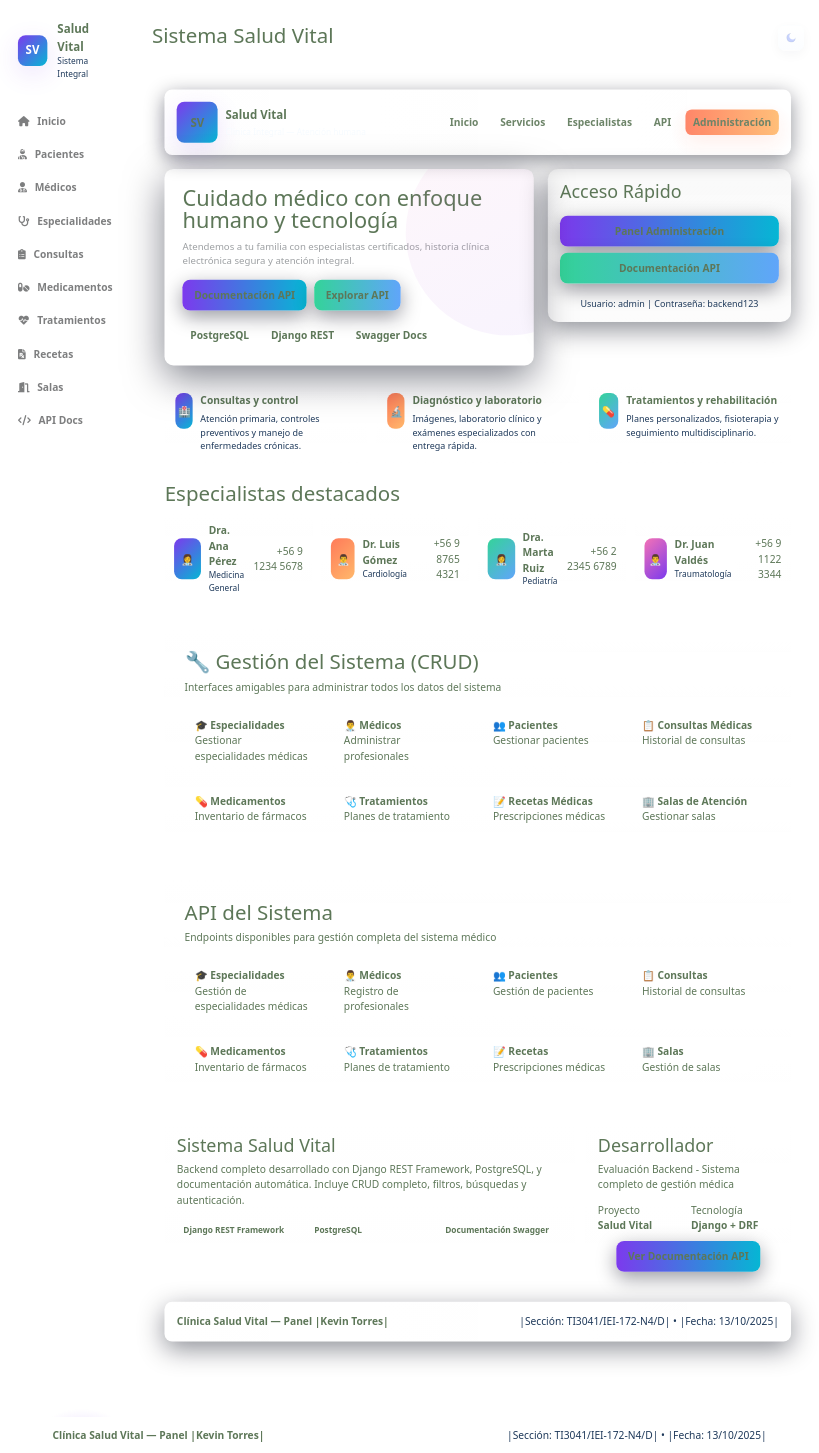
Repository: KeviNozh/eva2_clinica
Page: templates/index.html
These files come from the project's save history. The page is drawn as it stood at one moment and after a run of saves; the edit follows.
The browser window is 1280 px wide. The pictures show the whole page, at 64% of full size.
The template is drawn by Django 5.2. The application's start-up code is not run. Other server files are loaded and not shown. The template is opened directly, without the code that normally fills it, so the values that code supplies are empty.

Above is the page before, as saved 2025-10-16 00:20:05.

### templates/index.html
{% extends 'base.html' %}

{% block title %}Inicio - Salud Vital{% endblock %}

{% block content %}
<!DOCTYPE html>
<html lang="es">
<head>
  <meta charset="utf-8" />
  <meta name="viewport" content="width=device-width,initial-scale=1" />
  <style>
  /* Paleta viva y variables */
  :root{
    --bg:#ffffff;      /* fondo oscuro general */
    --soft-bg:#f6fbff;          /* paneles claros */
    --glass: rgba(224, 255, 246, 0.06);
    --muted:#1e395a;
    --white: #5d7758ff;

    --c1-start:#7c3aed; --c1-end:#06b6d4;   /* morado -> cian */
    --c2-start:#ff7a59; --c2-end:#ffb86b;   /* naranja -> amarillo */
    --c3-start:#34d399; --c3-end:#60a5fa;   /* verde -> azul */
    --c4-start:#f472b6; --c4-end:#7c3aed;   /* rosa -> morado */

    --radius:14px;
    --shadow-lg: 0 18px 60px rgba(2,6,23,0.5);
    --max-width:1200px;
    font-family: Inter, system-ui, -apple-system, "Segoe UI", Roboto, "Helvetica Neue", Arial, sans-serif;
    color-scheme: dark;
  }

  /* Reset y layout */
  *{box-sizing:border-box}
  html,body{height:100%;margin:0;background:
    radial-gradient(600px 300px at 10% 10%, rgba(124,58,237,0.12), transparent 10%),
    radial-gradient(500px 240px at 90% 70%, rgba(6,182,212,0.08), transparent 8%),
    var(--bg);
    -webkit-font-smoothing:antialiased;color:var(--white);
  }
  a{color:inherit;text-decoration:none}
  .wrap{max-width:var(--max-width);margin:30px auto;padding:20px}

  /* Header */
  header.site{
    display:flex;align-items:center;gap:16px;padding:18px;border-radius:12px;
    background: linear-gradient(90deg, rgba(255,255,255,0.03), rgba(255,255,255,0.02));
    border: 1px solid rgba(255,255,255,0.04);
    box-shadow: 0 8px 30px rgba(2,6,23,0.45);
  }
  .brand{display:flex;gap:12px;align-items:center}
  .logo{
    width:64px;height:64px;border-radius:12px;background:linear-gradient(135deg,var(--c1-start),var(--c1-end));
    display:grid;place-items:center;font-weight:900;font-size:18px;color:var(--white);box-shadow:0 12px 40px rgba(124,58,237,0.14)
  }
  .brand .title{font-weight:800;font-size:18px}
  .brand .subtitle{font-size:13px;color:#f6fbff;margin-top:4px}

  nav.main{margin-left:auto;display:flex;gap:10px;align-items:center}
  .nav-link{padding:8px 12px;border-radius:10px;color:var(--white);opacity:0.9;font-weight:700}
  .nav-link.ghost{background:transparent;border:1px solid rgba(186, 179, 179, 0.04);opacity:0.8}
  .nav-link.cta{background:linear-gradient(90deg,var(--c2-start),var(--c2-end));box-shadow:0 12px 30px rgba(255,122,89,0.14)}

  /* Hero */
  .hero{display:grid;grid-template-columns:1fr 380px;gap:22px;margin-top:22px;align-items:start}
  @media (max-width:980px){ .hero{grid-template-columns:1fr} }
  .hero-card{
    background: linear-gradient(180deg, rgba(255,255,255,0.04), rgba(255,255,255,0.02));
    border-radius:var(--radius);padding:28px;box-shadow:var(--shadow-lg);
    position:relative;overflow:hidden;
  }
  /* decorative shapes */
  .hero-card::before{
    content:"";position:absolute;right:-120px;top:-60px;width:320px;height:320px;border-radius:160px;
    background:linear-gradient(135deg,var(--c4-start),var(--c4-end));opacity:0.06;transform:rotate(20deg);
  }
  .hero h1{margin:0;font-size:34px;line-height:1.02}
  .hero p{margin:12px 0;color:#9da0a3;font-size:15px}
  .cta-group{display:flex;gap:12px;margin-top:18px;flex-wrap:wrap}
  .btn{
    padding:12px 18px;border-radius:12px;border:0;font-weight:800;cursor:pointer;
    color:var(--white);box-shadow:0 10px 30px rgba(2,6,23,0.4)
  }
  .btn.primary{background:linear-gradient(90deg,var(--c1-start),var(--c1-end))}
  .btn.alt{background:linear-gradient(90deg,var(--c3-start),var(--c3-end))}

  /* Appointment card (right) */
  .appointment{
    background: linear-gradient(180deg, rgba(90, 90, 90, 0.03), rgba(87, 86, 86, 0.02));
    padding:18px;border-radius:16px;border:1px solid rgba(255,255,255,0.04);box-shadow:0 12px 40px rgba(2,6,23,0.45)
  }
  .appointment h3{margin:0 0 10px 0}
  .appointment label{display:block;font-size:13px;color:var(--muted);margin-bottom:6px}
  .appointment input, .appointment select{width:100%;padding:10px;border-radius:10px;border:1px solid rgba(255,255,255,0.04);background:transparent;color:var(--white);margin-bottom:10px}

  /* Services grid */
  .services{display:grid;grid-template-columns:repeat(3,1fr);gap:14px;margin-top:26px}
  @media (max-width:1100px){ .services{grid-template-columns:repeat(2,1fr)} }
  @media (max-width:700px){ .services{grid-template-columns:1fr} }
  .service{
    background:linear-gradient(180deg, rgba(255,255,255,0.02), rgba(255,255,255,0.01));
    padding:16px;border-radius:12px;border:1px solid rgba(255,255,255,0.03);display:flex;gap:12px;align-items:flex-start;
  }
  .service .icon{width:56px;height:56px;border-radius:12px;display:grid;place-items:center;color:var(--white);font-weight:900}
  .s1{background:linear-gradient(135deg,var(--c1-start),var(--c1-end))}
  .s2{background:linear-gradient(135deg,var(--c2-start),var(--c2-end))}
  .s3{background:linear-gradient(135deg,var(--c3-start),var(--c3-end))}
  .service .title{font-weight:800}
  .service .desc{color:var(--muted);margin-top:6px;font-size:14px}

  /* Specialists */
  .specialists{margin-top:28px}
  .specialists h2{margin:0 0 12px 0}
  .cards{display:grid;grid-template-columns:repeat(4,1fr);gap:14px}
  @media (max-width:1100px){ .cards{grid-template-columns:repeat(2,1fr)} }
  @media (max-width:600px){ .cards{grid-template-columns:1fr} }
  .doctor{
    background:linear-gradient(180deg, rgba(255,255,255,0.02), rgba(255,255,255,0.01));
    padding:14px;border-radius:12px;border:1px solid rgba(255,255,255,0.03);display:flex;gap:12px;align-items:center;
  }
  .avatar{width:64px;height:64px;border-radius:12px;display:grid;place-items:center;font-weight:900;color:var(--white)}
  .avatar.a1{background:linear-gradient(135deg,var(--c1-start),var(--c1-end))}
  .avatar.a2{background:linear-gradient(135deg,var(--c2-start),var(--c2-end))}
  .avatar.a3{background:linear-gradient(135deg,var(--c3-start),var(--c3-end))}
  .avatar.a4{background:linear-gradient(135deg,var(--c4-start),var(--c4-end))}
  .doc-meta .name{font-weight:800}
  .doc-meta .spec{color:var(--muted);font-size:13px}

  /* Facilities / base */
  .base{display:grid;grid-template-columns:2fr 1fr;gap:16px;margin-top:28px}
  @media (max-width:900px){ .base{grid-template-columns:1fr} }
  .about, .contact{
    background: linear-gradient(180deg, rgba(255,255,255,0.02), rgba(255,255,255,0.01));
    padding:18px;border-radius:12px;border:1px solid rgba(255,255,255,0.03);
  }
  .about h3{margin-top:0}
  .features{display:grid;grid-template-columns:repeat(3,1fr);gap:10px;margin-top:12px}
  .feature{padding:10px;border-radius:10px;background:linear-gradient(90deg, rgba(255,255,255,0.02), transparent);font-weight:700;color:var(--white);font-size:13px}

  /* Contact */
  .contact form input, .contact form textarea{width:100%;padding:10px;border-radius:10px;border:1px solid rgba(255,255,255,0.04);background:transparent;color:var(--white);margin-bottom:8px}

  /* Footer */
  footer.site{
    margin-top:28px;padding:18px;border-radius:12px;background:linear-gradient(90deg, rgba(255,255,255,0.03), rgba(255,255,255,0.02));
    border:1px solid rgba(255,255,255,0.04);
    display:flex;justify-content:space-between;align-items:center;gap:12px;box-shadow:0 12px 40px rgba(2,6,23,0.45)
  }
  .footer-left{font-weight:800}
  .footer-right{color:var(--muted)}
  .pill{display:inline-block;padding:8px 12px;border-radius:999px;background:rgba(255,255,255,0.04);font-weight:700}

  /* API Links Section */
  .api-section {
    margin-top: 40px;
    padding: 30px;
    background: linear-gradient(180deg, rgba(255,255,255,0.03), rgba(255,255,255,0.01));
    border-radius: 16px;
    border: 1px solid rgba(255,255,255,0.04);
  }
  .api-links {
    display: grid;
    grid-template-columns: repeat(auto-fit, minmax(200px, 1fr));
    gap: 15px;
    margin-top: 20px;
  }
  .api-link {
    padding: 15px;
    background: rgba(255,255,255,0.02);
    border-radius: 10px;
    border: 1px solid rgba(255,255,255,0.03);
    transition: all 0.3s ease;
  }
  .api-link:hover {
    background: rgba(255,255,255,0.05);
    transform: translateY(-2px);
  }

  /* Small responsive tweaks */
  @media (max-width:520px){
    .nav-link{display:none}
    header.site{padding:12px}
    .logo{width:52px;height:52px}
  }
  </style>
</head>
<body>
  <div class="wrap">
    <!-- Header -->
    <header class="site" role="banner" aria-label="Encabezado principal">
      <div class="brand">
        <div class="logo" aria-hidden>SV</div>
        <div>
          <div class="title">Salud Vital</div>
          <div class="subtitle">Clínica Integral — Atención humana</div>
        </div>
      </div>

      <nav class="main" role="navigation" aria-label="Navegación principal">
        <a class="nav-link" href="#home">Inicio</a>
        <a class="nav-link" href="#servicios">Servicios</a>
        <a class="nav-link" href="#medicos">Especialistas</a>
        <a class="nav-link" href="#api">API</a>
        <a class="nav-link cta" href="/admin/">Administración</a>
      </nav>
    </header>

    <!-- Hero + Appointment -->
    <section class="hero" id="home" aria-labelledby="hero-title">
      <div class="hero-card">
        <h1 id="hero-title">Cuidado médico con enfoque humano y tecnología</h1>
        <p>Atendemos a tu familia con especialistas certificados, historia clínica electrónica segura y atención integral.</p>

        <div class="cta-group">
          <a class="btn primary" href="/api/docs/">Documentación API</a>
          <a class="btn alt" href="/api/">Explorar API</a>
        </div>

        <div style="margin-top:18px;display:flex;gap:10px;flex-wrap:wrap">
          <span class="pill">PostgreSQL</span>
          <span class="pill">Django REST</span>
          <span class="pill">Swagger Docs</span>
        </div>
      </div>

      <aside class="appointment" aria-labelledby="ap-title" id="cita">
        <h3 id="ap-title">Acceso Rápido</h3>
        <div style="text-align: center; margin: 20px 0;">
          <a href="/admin/" class="btn primary" style="display: block; margin-bottom: 10px;">Panel Administración</a>
          <a href="/api/docs/" class="btn alt" style="display: block;">Documentación API</a>
        </div>
        <div style="color: var(--muted); font-size: 14px; text-align: center;">
          Usuario: admin | Contraseña: backend123
        </div>
      </aside>
    </section>

    <!-- Services -->
    <section id="servicios" class="services" aria-label="Servicios destacados">
      <article class="service">
        <div class="icon s1">🏥</div>
        <div>
          <div class="title">Consultas y control</div>
          <div class="desc">Atención primaria, controles preventivos y manejo de enfermedades crónicas.</div>
        </div>
      </article>

      <article class="service">
        <div class="icon s2">🔬</div>
        <div>
          <div class="title">Diagnóstico y laboratorio</div>
          <div class="desc">Imágenes, laboratorio clínico y exámenes especializados con entrega rápida.</div>
        </div>
      </article>

      <article class="service">
        <div class="icon s3">💊</div>
        <div>
          <div class="title">Tratamientos y rehabilitación</div>
          <div class="desc">Planes personalizados, fisioterapia y seguimiento multidisciplinario.</div>
        </div>
      </article>
    </section>

    <!-- Specialists -->
    <section class="specialists" id="medicos">
      <h2>Especialistas destacados</h2>
      <div class="cards" role="list">
        <div class="doctor" role="listitem">
          <div class="avatar a1">👩‍⚕️</div>
          <div class="doc-meta" style="flex:1">
            <div class="name">Dra. Ana Pérez</div>
            <div class="spec">Medicina General</div>
          </div>
          <div style="text-align:right">
            <div class="muted">+56 9 1234 5678</div>
          </div>
        </div>

        <div class="doctor">
          <div class="avatar a2">👨‍⚕️</div>
          <div class="doc-meta" style="flex:1">
            <div class="name">Dr. Luis Gómez</div>
            <div class="spec">Cardiología</div>
          </div>
          <div style="text-align:right">
            <div class="muted">+56 9 8765 4321</div>
          </div>
        </div>

        <div class="doctor">
          <div class="avatar a3">👩‍⚕️</div>
          <div class="doc-meta" style="flex:1">
            <div class="name">Dra. Marta Ruiz</div>
            <div class="spec">Pediatría</div>
          </div>
          <div style="text-align:right">
            <div class="muted">+56 2 2345 6789</div>
          </div>
        </div>

        <div class="doctor">
          <div class="avatar a4">👨‍⚕️</div>
          <div class="doc-meta" style="flex:1">
            <div class="name">Dr. Juan Valdés</div>
            <div class="spec">Traumatología</div>
          </div>
          <div style="text-align:right">
            <div class="muted">+56 9 1122 3344</div>
          </div>
        </div>
      </div>
    </section>

<!-- Agregar esta sección después de "Especialistas destacados" -->
<section class="api-section" id="crud">
  <h2>🔧 Gestión del Sistema (CRUD)</h2>
  <p class="muted">Interfaces amigables para administrar todos los datos del sistema</p>

  <div class="api-links">
    <a href="/crud/especialidades/" class="api-link">
      <strong>🎓 Especialidades</strong>
      <div class="muted">Gestionar especialidades médicas</div>
    </a>
    <a href="/crud/medicos/" class="api-link">
      <strong>👨‍⚕️ Médicos</strong>
      <div class="muted">Administrar profesionales</div>
    </a>
    <a href="/crud/pacientes/" class="api-link">
      <strong>👥 Pacientes</strong>
      <div class="muted">Gestionar pacientes</div>
    </a>
    <a href="/crud/consultas/" class="api-link">
      <strong>📋 Consultas Médicas</strong>
      <div class="muted">Historial de consultas</div>
    </a>
    <a href="/crud/medicamentos/" class="api-link">
      <strong>💊 Medicamentos</strong>
      <div class="muted">Inventario de fármacos</div>
    </a>
    <a href="/crud/tratamientos/" class="api-link">
      <strong>🩺 Tratamientos</strong>
      <div class="muted">Planes de tratamiento</div>
    </a>
    <a href="/crud/recetas/" class="api-link">
      <strong>📝 Recetas Médicas</strong>
      <div class="muted">Prescripciones médicas</div>
    </a>
    <a href="/crud/salas/" class="api-link">
      <strong>🏢 Salas de Atención</strong>
      <div class="muted">Gestionar salas</div>
    </a>
  </div>
</section>

    <!-- API Section -->
    <section class="api-section" id="api">
      <h2>API del Sistema</h2>
      <p class="muted">Endpoints disponibles para gestión completa del sistema médico</p>

      <div class="api-links">
        <a href="/api/especialidades/" class="api-link">
          <strong>🎓 Especialidades</strong>
          <div class="muted">Gestión de especialidades médicas</div>
        </a>
        <a href="/api/medicos/" class="api-link">
          <strong>👨‍⚕️ Médicos</strong>
          <div class="muted">Registro de profesionales</div>
        </a>
        <a href="/api/pacientes/" class="api-link">
          <strong>👥 Pacientes</strong>
          <div class="muted">Gestión de pacientes</div>
        </a>
        <a href="/api/consultas-medicas/" class="api-link">
          <strong>📋 Consultas</strong>
          <div class="muted">Historial de consultas</div>
        </a>
        <a href="/api/medicamentos/" class="api-link">
          <strong>💊 Medicamentos</strong>
          <div class="muted">Inventario de fármacos</div>
        </a>
        <a href="/api/tratamientos/" class="api-link">
          <strong>🩺 Tratamientos</strong>
          <div class="muted">Planes de tratamiento</div>
        </a>
        <a href="/api/recetas-medicas/" class="api-link">
          <strong>📝 Recetas</strong>
          <div class="muted">Prescripciones médicas</div>
        </a>
        <a href="/api/salas-atencion/" class="api-link">
          <strong>🏢 Salas</strong>
          <div class="muted">Gestión de salas</div>
        </a>
      </div>
    </section>

    <!-- Base / About & Contact -->
    <section class="base" id="contacto">
      <div class="about">
        <h3>Sistema Salud Vital</h3>
        <p class="muted">Backend completo desarrollado con Django REST Framework, PostgreSQL, y documentación automática. Incluye CRUD completo, filtros, búsquedas y autenticación.</p>

        <div class="features" aria-hidden>
          <div class="feature">Django REST Framework</div>
          <div class="feature">PostgreSQL</div>
          <div class="feature">Documentación Swagger</div>
        </div>
      </div>

      <aside class="contact" aria-labelledby="contact-title">
        <h3 id="contact-title">Desarrollador</h3>
        <p class="muted">Evaluación Backend - Sistema completo de gestión médica</p>

        <div style="display:flex;gap:8px;margin-top:8px">
          <div style="flex:1">
            <div class="muted">Proyecto</div>
            <div style="font-weight:800">Salud Vital</div>
          </div>
          <div style="flex:1">
            <div class="muted">Tecnología</div>
            <div style="font-weight:800">Django + DRF</div>
          </div>
        </div>

        <div style="margin-top:12px; text-align: center;">
          <a href="/api/docs/" class="btn primary">Ver Documentación API</a>
        </div>
      </aside>
    </section>

    <!-- Footer -->
    <footer class="site" role="contentinfo">
      <div class="footer-left">
        Clínica Salud Vital — Panel |Kevin Torres|
      </div>
      <div class="footer-right">
        <div class="muted">|Sección: TI3041/IEI-172-N4/D| • |Fecha: 13/10/2025|</div>
      </div>
    </footer>
  </div>
</body>
</html>
{% endblock %}

Loaded but not shown: templates/base.html (345 lines, source omitted)

After the next 2 saves:
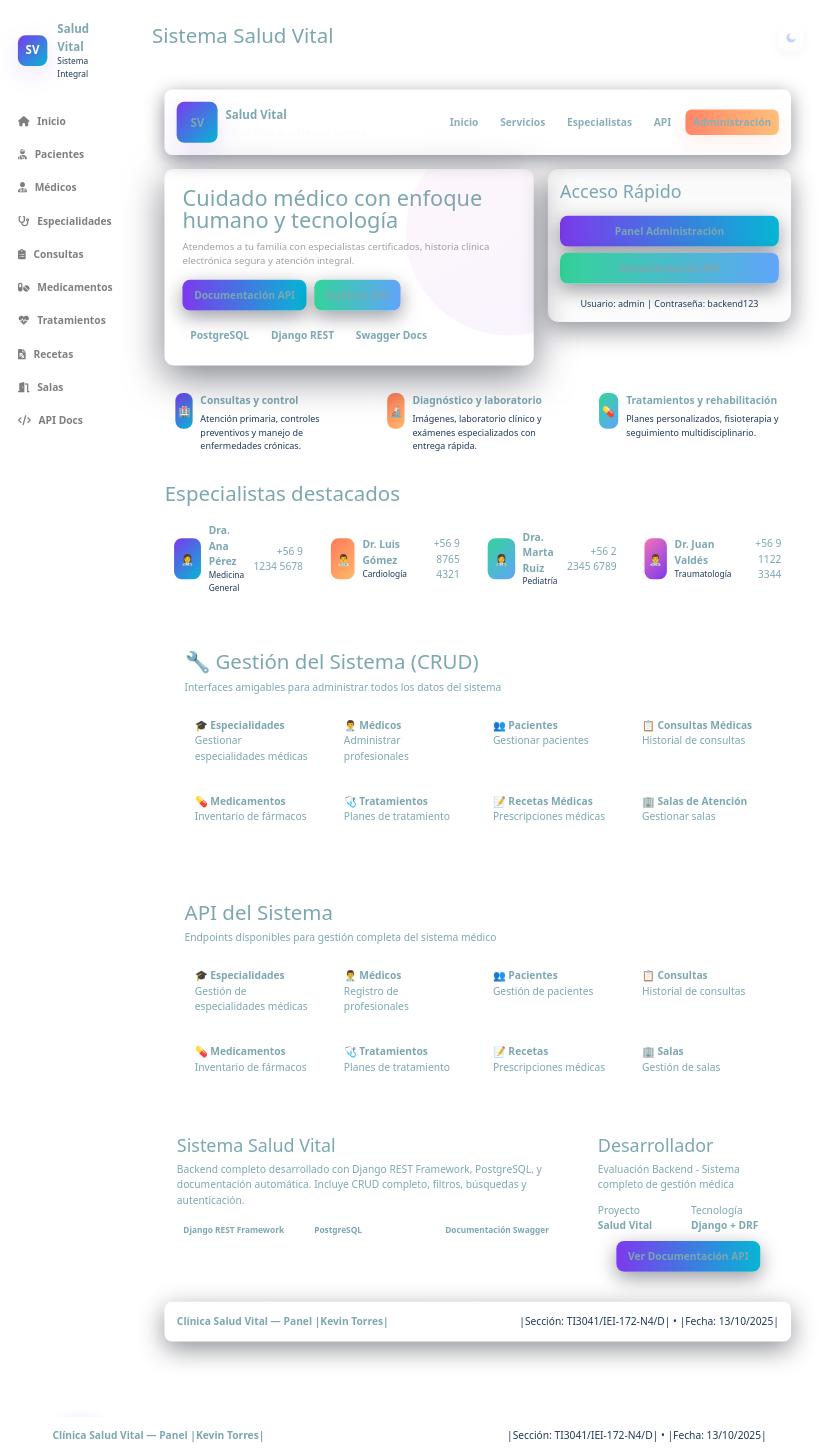
The 2 saves are shown as one change because they came seconds apart.
The last was saved 7 s later.
--- a/templates/index.html
+++ b/templates/index.html
@@ -15,7 +15,7 @@
     --soft-bg:#f6fbff;          /* paneles claros */
     --glass: rgba(224, 255, 246, 0.06);
     --muted:#1e395a;
-    --white: #5d7758ff;
+    --white: #7ca7b1ff;
 
     --c1-start:#7c3aed; --c1-end:#06b6d4;   /* morado -> cian */
     --c2-start:#ff7a59; --c2-end:#ffb86b;   /* naranja -> amarillo */
